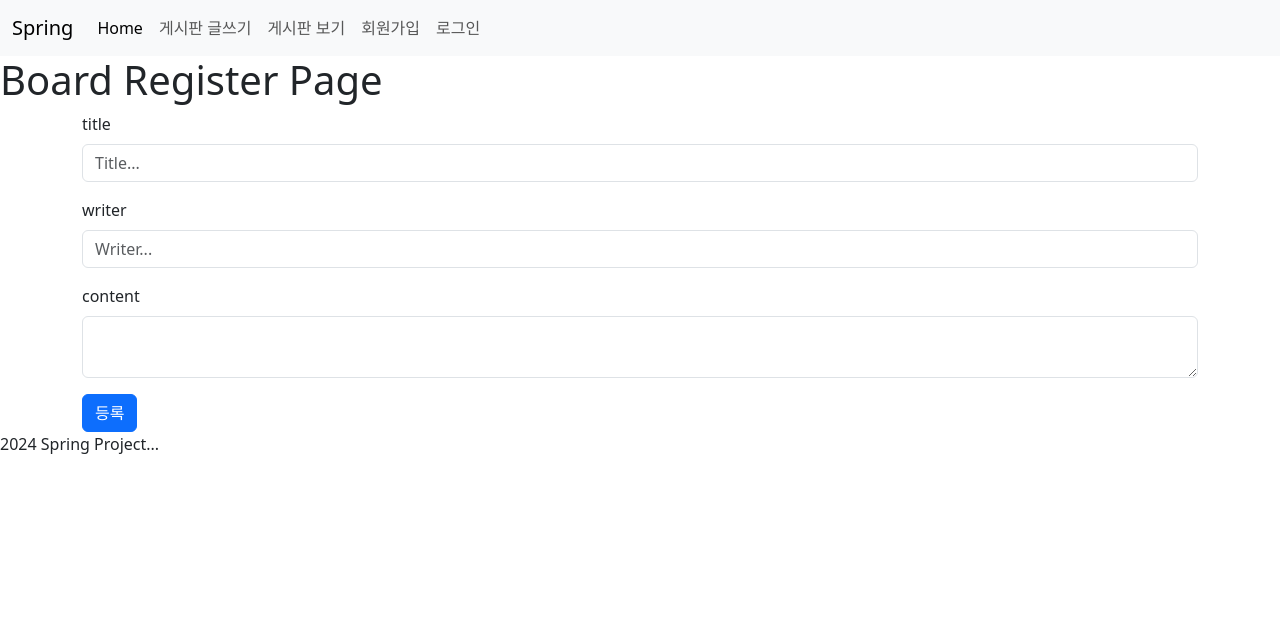
Repository: leechanggyu1118/Spring
Page: http://localhost/spring_study/WEB-INF/views/board/register.jsp
The author's editor kept a copy of each file at every save. The page is drawn from the files as they stood at one save, then again after the next save.
The browser window is 1280 px wide. The pictures show the whole page.
The page is served by Tomcat 9. Nobody is signed in. The template is opened directly, without the code that normally fills it, so the values that code supplies are empty.

Above is the page before, as saved 2024-04-26 09:14:14.

After the next save:
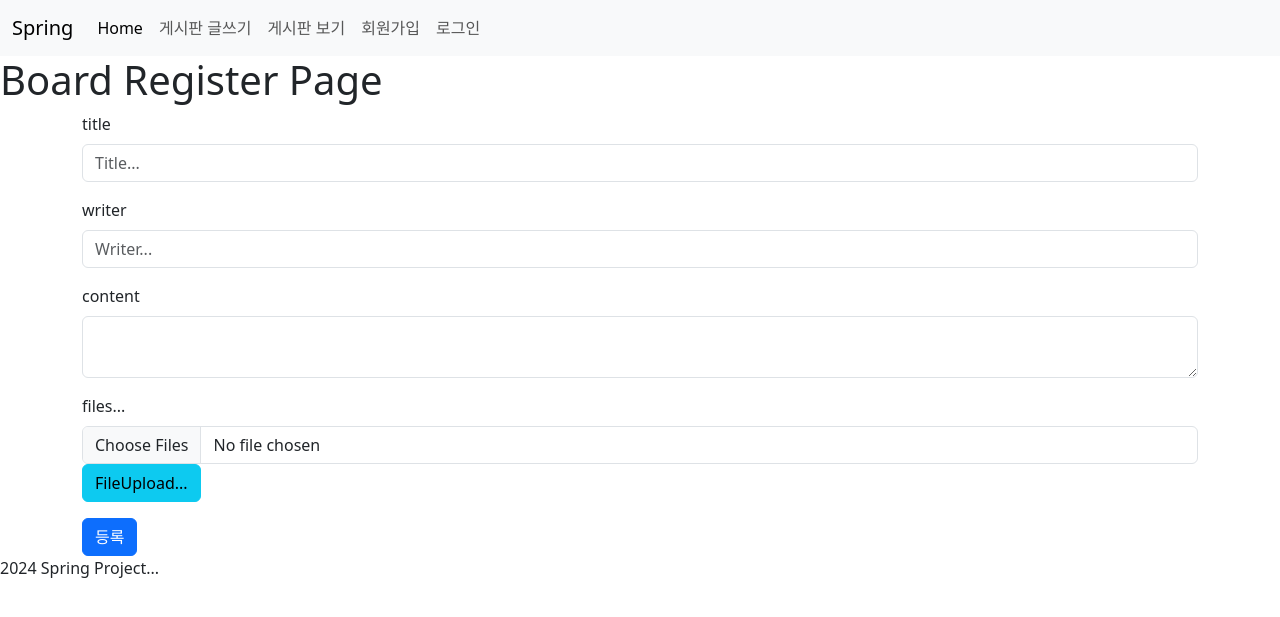
Saved 2 days later.
--- a/spring_study/src/main/webapp/WEB-INF/views/board/register.jsp
+++ b/spring_study/src/main/webapp/WEB-INF/views/board/register.jsp
@@ -21,7 +21,20 @@
 				<textarea class="form-control" id="c" name="content" aria-label="With textarea"></textarea>
 			</div>
 
-			<button type="submit" class="btn btn-primary">등록</button>
+		<!-- 파일 입력 라인 추가 -->
+         <div class="mb-3">
+            <label for="file" class="form-label">files...</label>
+            <input type="file" class="form-control" name="files" id="file" multiple="multiple" st>
+            <button type="button" class="btn btn-info">FileUpload...</button>
+         </div>
+
+         <!-- 파일 목록 표시라인  -->
+         <div class="mb-3" id="fileZone">
+
+         </div>
+
+
+			<button type="submit" class="btn btn-primary" id="regBtn">등록</button>
 		</form>
 	</div>
 
